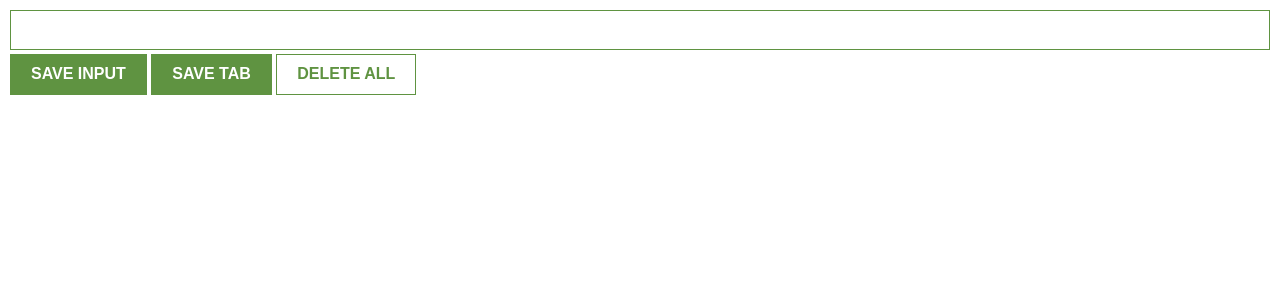
Repository: ananthantharma/Chrome-Extension
Page: index.html
These files come from the project's save history. The page is drawn as it stood at one moment and after the next save; the edit follows.
The browser window is 1280 px wide. The pictures show the whole page.

Above is the page before, as saved 2022-07-19 22:46:56.

After the next save:
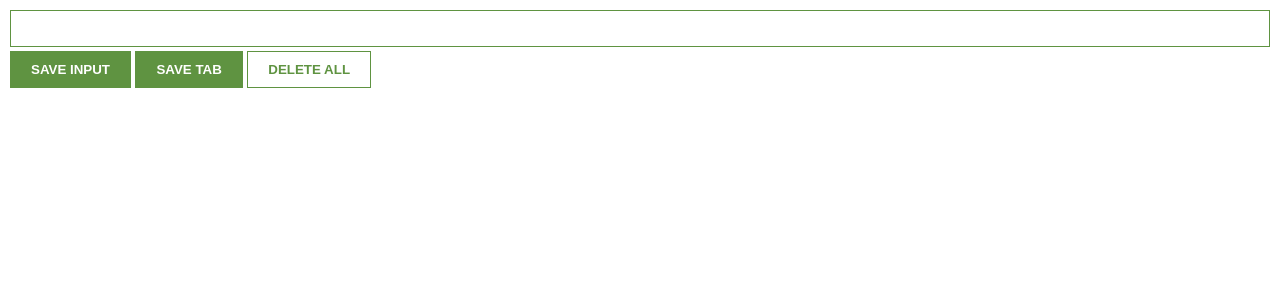
Saved 84 s later.
--- a/index.html
+++ b/index.html
@@ -1,7 +1,11 @@
 <html>
 
 
-    <head><link rel="stylesheet" href="https://cdnjs.cloudflare.com/ajax/libs/normalize/8.0.1/normalize.css">
+    <head>
+        <meta http-equiv="Content-Security-Policy"
+      content="default-src 'self'; img-src https://*; child-src 'none';">
+
+        <link rel="stylesheet" href="https://cdnjs.cloudflare.com/ajax/libs/normalize/8.0.1/normalize.css">
         <link rel="stylesheet" href="index.css">
     </head>
     <body>

After the save that followed:
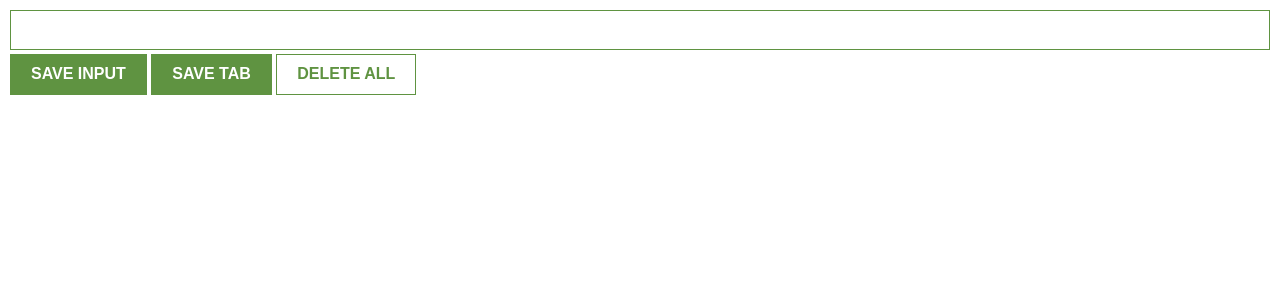
Saved 19 s later.
--- a/index.html
+++ b/index.html
@@ -2,8 +2,7 @@
 
 
     <head>
-        <meta http-equiv="Content-Security-Policy"
-      content="default-src 'self'; img-src https://*; child-src 'none';">
+
 
         <link rel="stylesheet" href="https://cdnjs.cloudflare.com/ajax/libs/normalize/8.0.1/normalize.css">
         <link rel="stylesheet" href="index.css">
